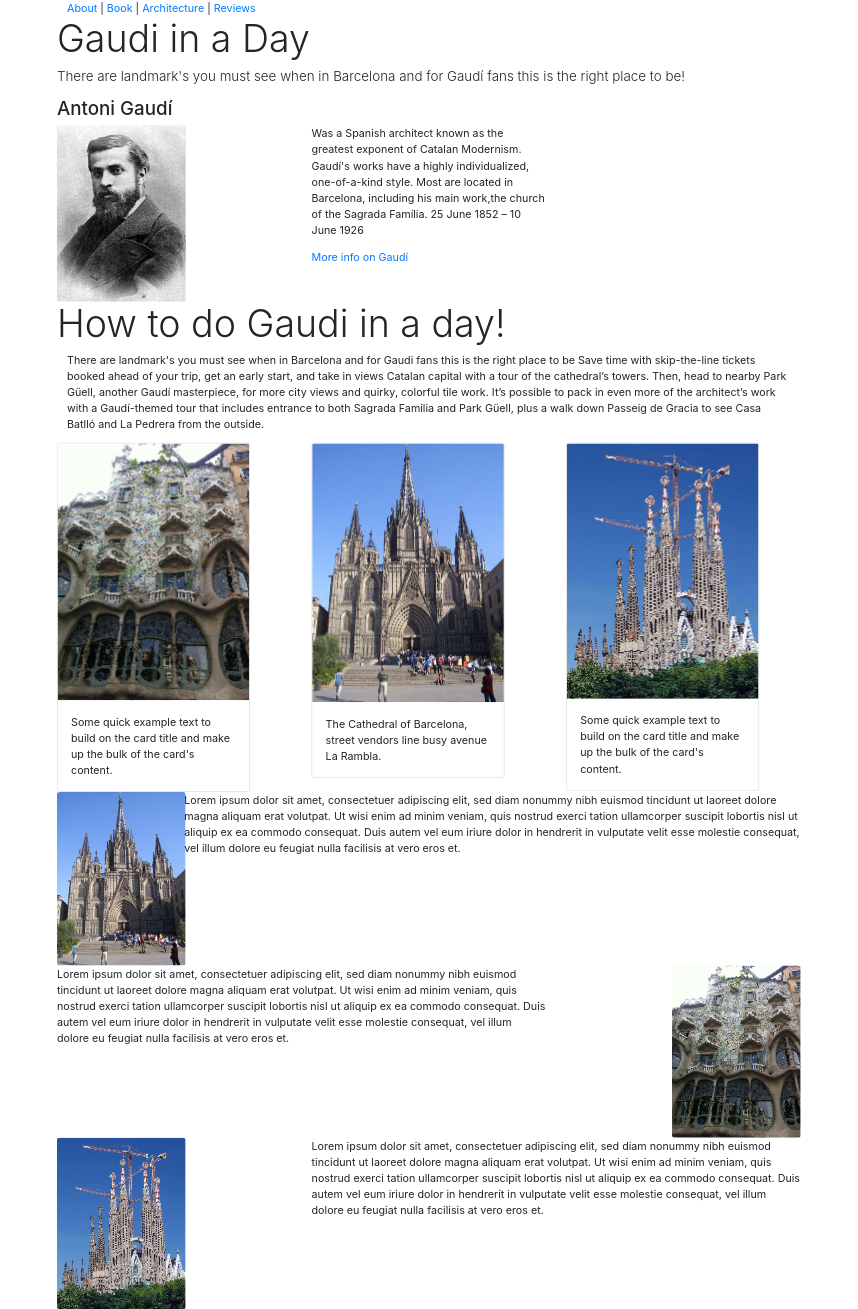
Repository: Taitdanielle/Milestone1
Page: index.html
The author's editor kept a record of every edit. The page is drawn from the files as they stood at one moment, then again after the next edit.
The browser window is 1280 px wide. The pictures show the whole page, at 67% of full size.

Above is the page before.

After the next edit:
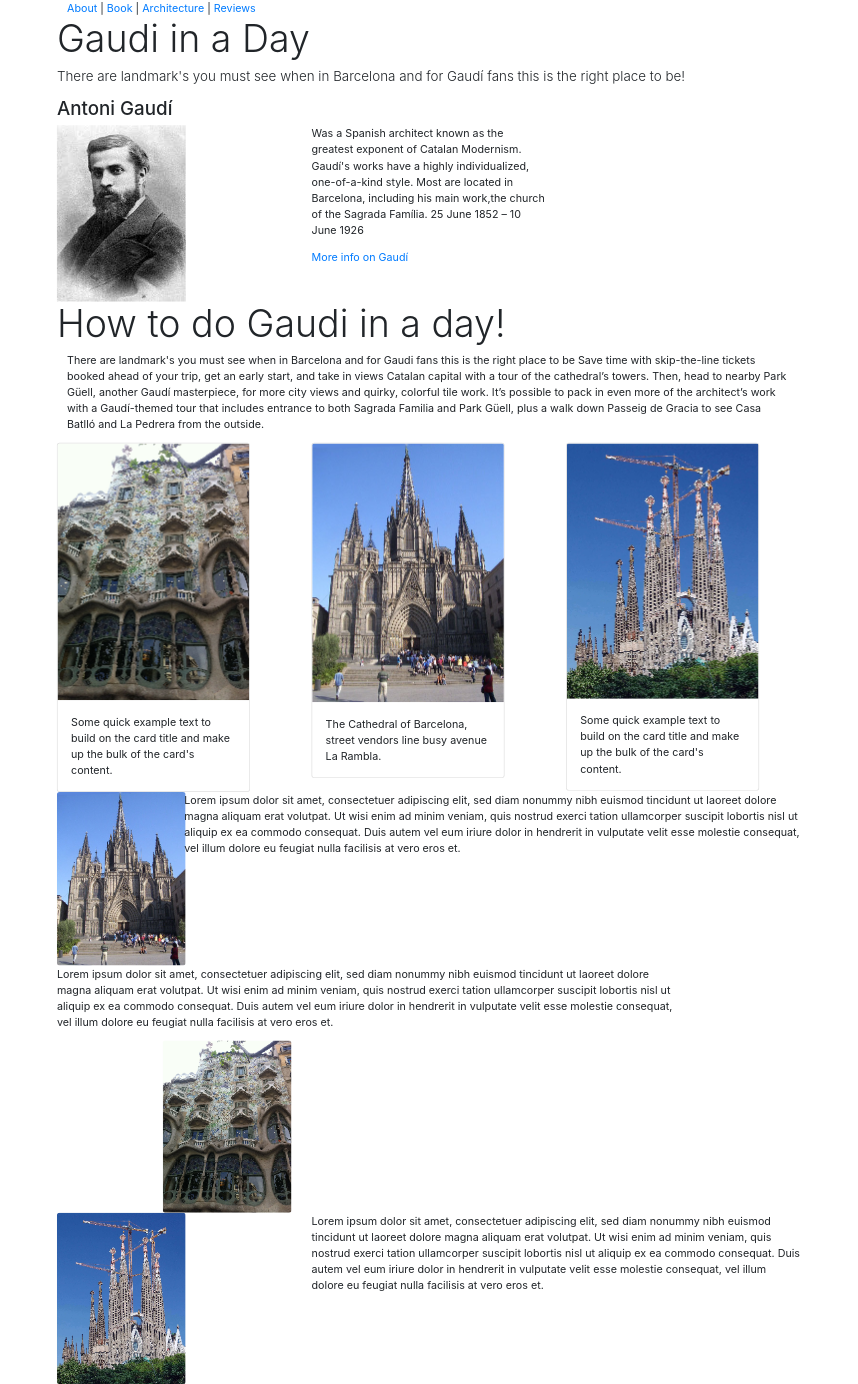
The edit:
--- a/index.html
+++ b/index.html
@@ -97,8 +97,8 @@
 
 
         <div class="row">
-            <div class="col-md-8">
-                <p> Lorem ipsum dolor sit amet, consectetuer adipiscing elit, sed diam nonummy nibh euismod tincidunt ut laoreet dolore magna aliquam erat volutpat. Ut wisi enim ad minim veniam, quis nostrud exerci tation ullamcorper suscipit lobortis nisl
+            <div class="col-md-10">
+                <p class="par-padding-left"> Lorem ipsum dolor sit amet, consectetuer adipiscing elit, sed diam nonummy nibh euismod tincidunt ut laoreet dolore magna aliquam erat volutpat. Ut wisi enim ad minim veniam, quis nostrud exerci tation ullamcorper suscipit lobortis nisl
                     ut aliquip ex ea commodo consequat. Duis autem vel eum iriure dolor in hendrerit in vulputate velit esse molestie consequat, vel illum dolore eu feugiat nulla facilisis at vero eros et.</p>
             </div>
             <div class="col-md-4">
